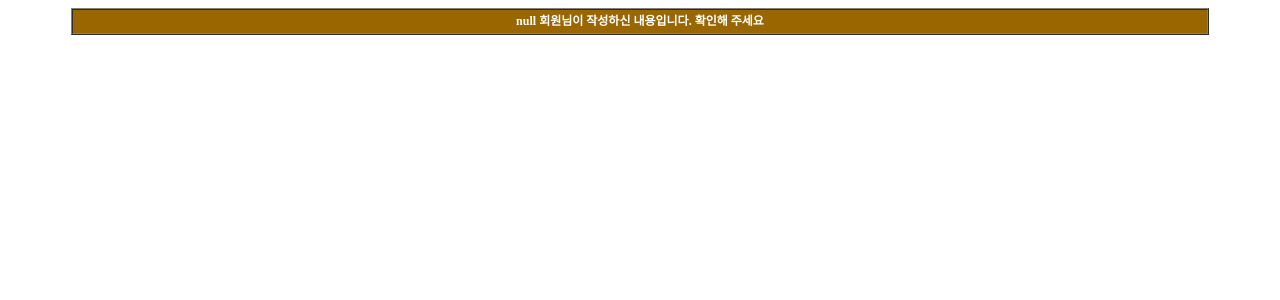
Repository: kimwoongasd/JSPAndServlet
Page: http://localhost/day1226/memberProc.jsp
The author's editor kept a copy of each file at every save. The page is drawn from the files as they stood at one save, then again after the next save.
The browser window is 1280 px wide. The pictures show the whole page.
The page is served by Tomcat 9. Other server files are loaded and not shown.

Above is the page before, as saved 2023-12-26 02:04:00.

### day1226/src/main/webapp/memberProc.jsp
<%@ page language="java" contentType="text/html; charset=UTF-8"
    pageEncoding="UTF-8"%>
<!DOCTYPE html>
<html>
<head>
<meta charset="UTF-8">
<title>Insert title here</title>
<link rel="stylesheet" href="style.css">
</head>
<body>
	<%
		request.setCharacterEncoding("UTF-8");
	%>
	<!-- usebean을 이용 -->
	<jsp:useBean id="regBean" class="com.sist.vo.MemberBean"/>
	<!-- property="*" 사용자가 입력한 모든 속성정보 가져옴
		name과 memberbean이 같아야함
	-->
	<jsp:setProperty property="*" name="regBean"/>

	<table width="80%" align="center" cellpadding="5" cellspacing="0">
		<tr align="center" valign="middle" bgcolor="#ffffcc">
			<table border="1" width="90%" cellpadding="2" cellspacing="0" align="center">
				<form name="regForm" method="post" action="memberInsert.jsp">
					<tr align="center" bgcolor="#996600">
						<td colspan>
							<font color="#ffffff">
								<b>
									<jsp:getProperty property="name" name="regBean"/>
									회원님이 작성하신 내용입니다. 확인해 주세요
								</b>
							</font>
						</td>
					</tr>
				</form>
			</table>
		</tr>
	</table>
</body>
</html>

### day1226/src/main/java/com/sist/vo/MemberBean.java
package com.sist.vo;

public class MemberBean {
	// bean은 객체를 의미한다
	// usebean은 기본생성자가 제공된다
	// usebean은 기본생성자가 제공되므로 매개변수가 있는 생성자를 만들면 오류가 발생
	// 해결하기 위해서는 기본생성자 포함 생성자를 만들어야한다
	private String id;
	private String pwd;
	private String name;
	private String birth;
	private String email;
	public String getId() {
		return id;
	}
	public void setId(String id) {
		System.out.println("id 동작");
		this.id = id;
	}
	public String getPwd() {
		return pwd;
	}
	public void setPwd(String pwd) {
		System.out.println("비번 동작");
		this.pwd = pwd;
	}
	public String getName() {
		return name;
	}
	public void setName(String name) {
		System.out.println("이름 동작");
		this.name = name;
	}
	public String getBirth() {
		return birth;
	}
	public void setBirth(String birth) {
		System.out.println("생일 동작");
		this.birth = birth;
	}
	public String getEmail() {
		return email;
	}
	public void setEmail(String email) {
		System.out.println("이메일 동작");
		this.email = email;
	}
	public MemberBean(String id, String pwd, String name, String birth, String email) {
		super();
		this.id = id;
		this.pwd = pwd;
		this.name = name;
		this.birth = birth;
		this.email = email;
	}
	public MemberBean() {
		super();
		// TODO Auto-generated constructor stub
	}

}

### day1226/src/main/webapp/style.css
body{
	font-size: 9pt;
	color: black;
	line-height: 160%;
	font-family: 굴림;
}

td{
	font-size: 9pt;
	color: black;
	line-height: 160%;
	font-family: 굴림;
}

select{
	font-size: 9pt;
	color: black;
	line-height: 160%;
	font-family: 굴림;
}

div{
	font-size: 9pt;
	color: black;
	line-height: 160%;
	font-family: 굴림;
}

form{
	font-size: 9pt;
	color: black;
	line-height: 160%;
	font-family: 굴림;
}

textarea{
	border-right: 1px solid #999999;
	border-top: 1px solid #999999;
	border-left: 1px solid #999999;
	border-bottom: 1px solid #999999;
	font-size: 9pt;
	font-family: 굴림;
	background-color: white;
}

input{
	border-right: 1px solid #999999;
	border-top: 1px solid #999999;
	border-left: 1px solid #999999;
	border-bottom: 1px solid #999999;
	font-size: 9pt;
	font-family: 굴림;
	background-color: white;
	height: 19px;
}

a:link{
	text-decoration: none;
	color: #696969;
}

a:hover{
	text-decoration: yes;
	color: #66ccff;
}

a:visited{
	text-decoration: none;
	color: #330066;
}

After the next save:
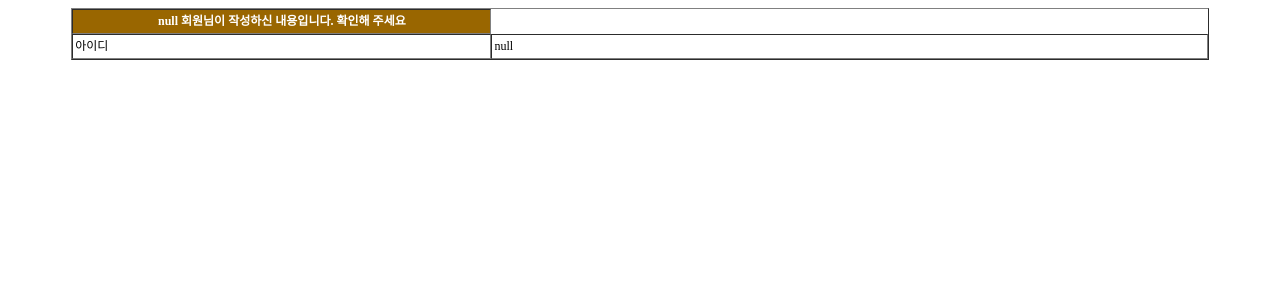
Saved 2 min 46 s later.
--- a/day1226/src/main/webapp/memberProc.jsp
+++ b/day1226/src/main/webapp/memberProc.jsp
@@ -32,6 +32,12 @@
 							</font>
 						</td>
 					</tr>
+					<tr>
+						<td width=24%>아이디</td>
+						<td width=41%>
+							<jsp:getProperty property="id" name="regBean"/>
+						</td>
+					</tr>
 				</form>
 			</table>
 		</tr>
